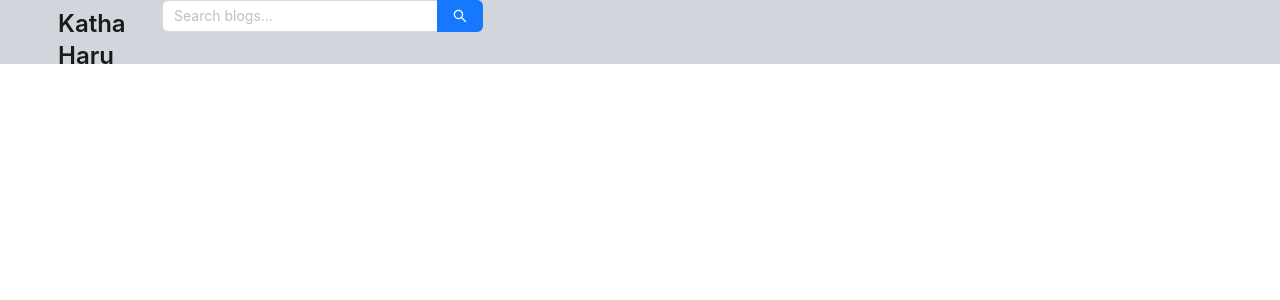
Repository: amich10/Blog_Frontend
Page: /user
An editor plug-in stored every save of this project. The page is shown before and after the next save, followed by the edit.
The browser window is 1280 px wide. The pictures show the whole page.
The project was rebuilt for these pictures with package versions that can differ from the ones it lists, and the page was loaded fresh each time. Also part of the build but not shown: vite.config.ts, src/pages/category/admin.category.tsx, src/services/user.service.tsx, src/pages/users/admin.user.list.tsx, src/components/input.component.tsx, src/pages/users/admin.adduser.tsx, src/pages/users/admin.user.edit.tsx, src/pages/category/add.category.tsx and 5 more.

Above is the page before, as saved 2025-04-25 12:10:02.

After the next save:
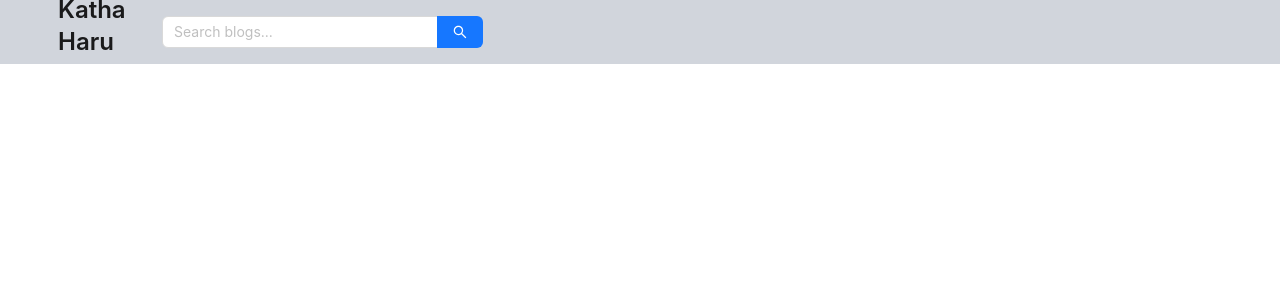
Saved 4 s later.
--- a/src/pages/user role/home page/user.header.tsx
+++ b/src/pages/user role/home page/user.header.tsx
@@ -8,7 +8,7 @@
   return (
     <>
     <Layout.Header className=' flex bg-gray-300! '>
-        <div className='flex justify-center items-cente'>
+        <div className='flex justify-center items-center'>
           <Typography.Title level={3} className='p-2 font-serif '>Katha Haru</Typography.Title>
           <Input.Search placeholder="Search blogs..." enterButton />
         </div>
